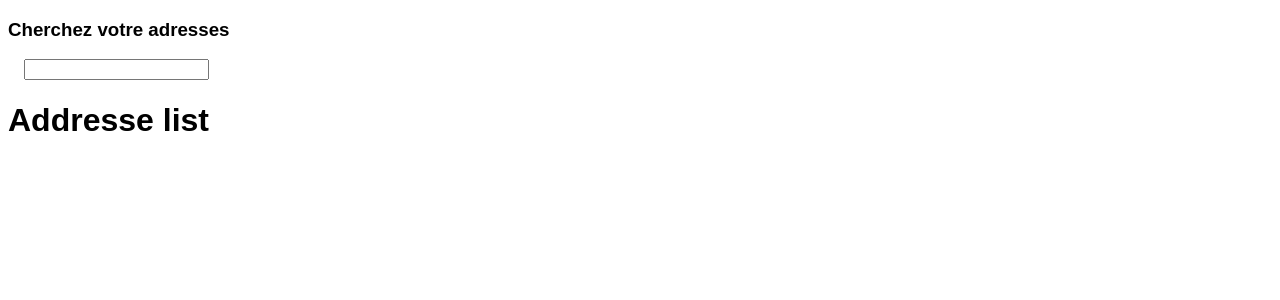
Repository: DnPako/test-forked
Page: /
These files come from the project's save history. The page is drawn as it stood at one moment and after the next save; the edit follows.
The browser window is 1280 px wide. The pictures show the whole page.
The page's requests for data from a server got no answer. The project was rebuilt for these pictures with package versions that can differ from the ones it lists, and the page was loaded fresh each time. No one was signed in, and anything a server would have sent is missing.

Above is the page before, as saved 2022-02-14 12:48:40.

### src/index.js
import { StrictMode } from "react";
import ReactDOM from "react-dom";
import axios from 'axios';
import { Provider, } from "react-redux";
import { createStore, applyMiddleware, } from "redux";
import createSagaMiddleware from "redux-saga";

import reducers from "./commons/reducers";
import sagas from "./commons/sagas";
import App from "./addresses/App";

axios.defaults.baseURL = 'https://api-adresse.data.gouv.fr';

const sagaMiddleware = createSagaMiddleware();
const store = createStore(reducers, applyMiddleware(sagaMiddleware));

sagaMiddleware.run(sagas);

const rootElement = document.getElementById("root");
ReactDOM.render(
  <Provider store={store}>
    <StrictMode>
      <App />
    </StrictMode>
  </Provider>,
  rootElement
);

### src/commons/reducers/index.js
import { combineReducers, } from "redux";
import AdressesReducer from "../../addresses/redux/addressReducer";

export default combineReducers({
    addresses: AdressesReducer,
});

### src/commons/sagas/index.js
import { all, } from 'redux-saga/effects';
import addressesSagas from '../../addresses/saga/addressesSaga';

export default function* rootSaga() {
    yield all([
        ...addressesSagas,
    ]);
}

### src/addresses/App.js
import { useEffect, } from "react";
import "../styles.css";
import withRedux from "../commons/utils/withRedux";
import stateDispatchers from "./utils/stateDispatchers";
import Address from "./components/Address";
import SearchInput from "./components/SearchInput";

const { mapDispatchToProps, mapStateToProps } = stateDispatchers;

const App = (props) => {
  const {
    addressList,
    handleGetAddresses,
  } = props;

  console.log(addressList);

  useEffect(() => {
    handleGetAddresses();
  }, [handleGetAddresses]);

  return (
    <div className="App">
      <SearchInput />
      <h1>Addresse list</h1>
      <ul>
        <Address addressList={addressList} />
      </ul>
    </div>
  );
}

export default withRedux(mapStateToProps, mapDispatchToProps, App);

### src/addresses/redux/addressReducer.js
const initialState = {
    addressList: [],
};

const setAddresses = (state, { addressList, }) => ({
    ...state,
    addressList,
});

// In case we have other eventual actions we can simply add the function to this object
// No need to change AdressesReducer
const AddressesActions = {
    SET_ADDRESSES: setAddresses,
};

export default function AdressesReducer(state = initialState, action) {
    if (AddressesActions[action.type]) {
        return AddressesActions[action.type](state, action);
    }
    return state;
};

### src/addresses/saga/addressesSaga.js
import {
    call,
    fork,
    put,
    takeEvery,
} from "redux-saga/effects";
import actions from "../redux/actions";
import addressDispatcher from "../redux/addressDispatcher";
import { getAddresses, } from "../services/addressesServices";

const {
    GET_ADDRESSES,
    SET_ADDRESSES,
} = actions;

const {
    setAddresses,
} = addressDispatcher;

function* getAddressesRequest() {
    try {
        const { data: { features: addressList, }, } = yield call(getAddresses);
        yield put(setAddresses(addressList));
    } catch (error) {
        console.log(error);
    }
}

function* watchGetUsers() {
    yield takeEvery(GET_ADDRESSES, getAddressesRequest);
};

const addressesSagas = [
    fork(watchGetUsers),
];

export default addressesSagas;

### src/commons/utils/withRedux.js
import { connect, } from "react-redux";

const withRedux = (mapStateToProps, mapDispatchToProps, Component) => (
    connect(mapStateToProps, mapDispatchToProps)(Component)
);

export default withRedux;

### src/addresses/utils/stateDispatchers.js
import addressDispatcher from "../redux/addressDispatcher";

const { getAddresses, } = addressDispatcher;

const mapStateToProps = ({
    addresses: { addressList, },
}) => ({
    addressList,
});

const mapDispatchToProps = {
    handleGetAddresses: getAddresses,
};

export default {
    mapStateToProps,
    mapDispatchToProps,
}

### src/addresses/components/Address.jsx
const displayAddress = address => {
    const { properties, } =  address;
    return (
        <li key={properties.id}>
            <h2>Label: {properties.label}</h2>
            <ul>
                <li>number: {properties.housenumber}</li>
                <li>street: {properties.street}</li>
                <li>city: {properties.city}</li>
                <li>zipcode: {properties.citycode}</li>
                <li>country: France</li>
                <li>rounded score: {properties.score}</li>
            </ul>
        </li>
    );
};

const Address = (props) => {
    const {
        addressList,
    } = props;
    return (
        <>
            {addressList.length !== 0 && addressList.map(address => displayAddress(address))}
        </>
    );
};

export default Address;

### src/addresses/components/SearchInput.jsx
const labelStyle = {
    marginRight: "1rem",
}

const inputStyle = {

};

const SearchInput = () => {
    return (
        <>
            <label htmlFor="search" style={{ ...labelStyle, }}>
                <h3>Cherchez votre adresses</h3>
            </label>
            <input type="text" name="name" />
        </>
    );
};

export default SearchInput;

### src/addresses/redux/actions.js
const GET_ADDRESSES = 'GET_ADDRESSES';
const SET_ADDRESSES = 'SET_ADDRESSES';

export default {
    GET_ADDRESSES,
    SET_ADDRESSES,
};

### src/addresses/redux/addressDispatcher.js
import actions from "./actions";

const {
 GET_ADDRESSES,
 SET_ADDRESSES,
} = actions;

const getAddresses = () => ({
    type: GET_ADDRESSES,
});

const setAddresses = addressList => ({
    type: SET_ADDRESSES,
    addressList,
});

export default {
    getAddresses,
    setAddresses,
};

### src/addresses/services/addressesServices.js
import axios from "axios";

export const getAddresses = () => {
    return axios.get('/search', {
        params: {
            q: '8 bd du port',
            limit: 15,
        },
    });
};

Loaded but not shown: public/index.html (common file); src/styles.css (common file)

After the next save:
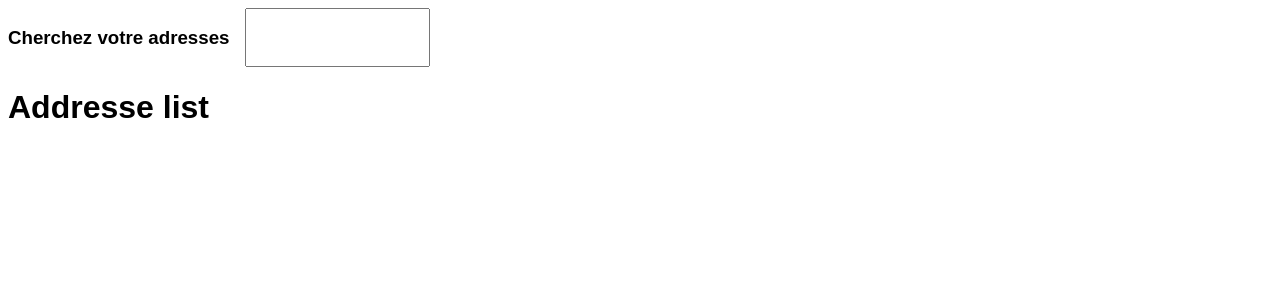
Saved 49 s later.
--- a/src/addresses/components/SearchInput.jsx
+++ b/src/addresses/components/SearchInput.jsx
@@ -1,3 +1,7 @@
+const containerStyle = {
+    display: "flex",
+}
+
 const labelStyle = {
     marginRight: "1rem",
 }
@@ -8,12 +12,12 @@ const inputStyle = {
 
 const SearchInput = () => {
     return (
-        <>
+        <div style={{ ...containerStyle, }}>
             <label htmlFor="search" style={{ ...labelStyle, }}>
                 <h3>Cherchez votre adresses</h3>
             </label>
             <input type="text" name="name" />
-        </>
+        </div>
     );
 };
 
